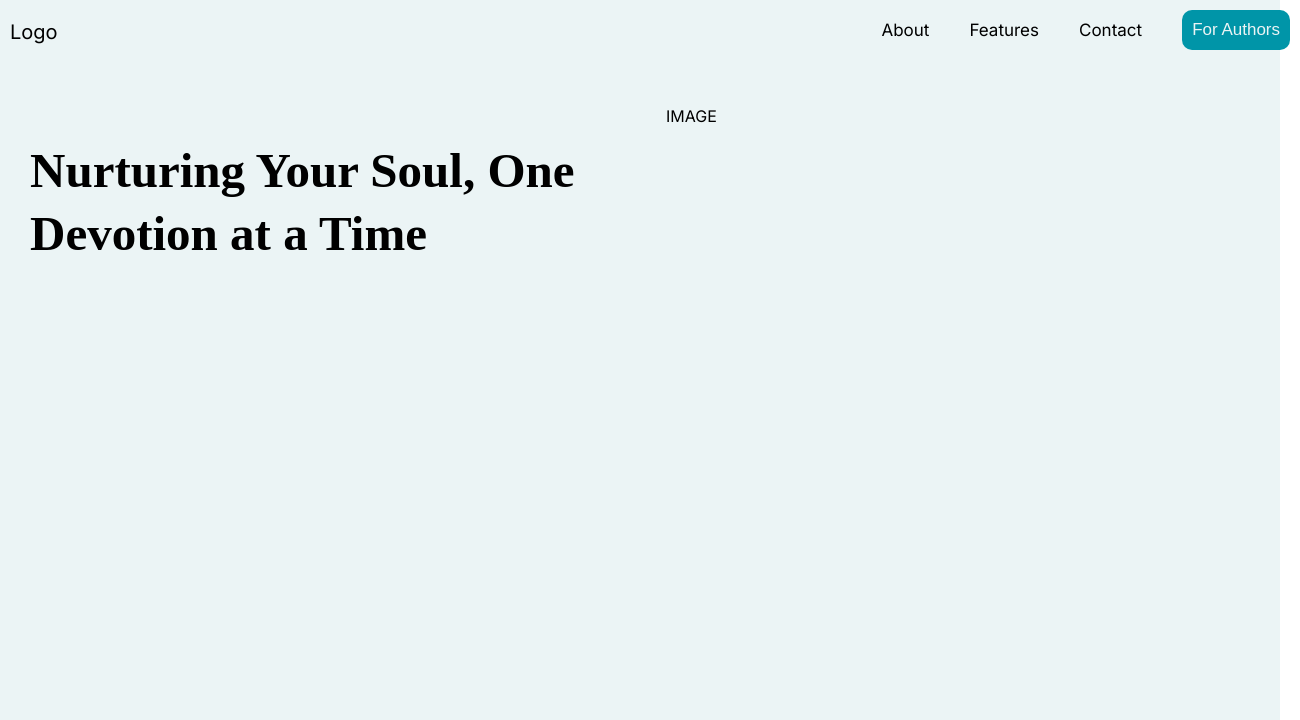
Repository: argorn-inc/spiral-landing-page
Page: /
These files come from the project's save history. The page is drawn as it stood at one moment and after the next save; the edit follows.
The browser window is 1280 px wide. The page is 1300 px wide, so the pictures cover 1300 px, including what lies to the right of the window. The pictures show the whole page.
The project was rebuilt for these pictures with package versions that can differ from the ones it lists, and the page was loaded fresh each time. The framework's server and built-in components were replaced by stand-ins that run in the browser. Also part of the build but not shown: next.config.js.

Above is the page before, as saved 2023-10-05 14:23:06.

### app/layout.js
import './globals.css'
import { Inter } from 'next/font/google'

const inter = Inter({ subsets: ['latin'] })

export const metadata = {
  title: 'Spiral',
  description: 'Generated by create next app',
}

export default function RootLayout({ children }) {
  return (
    <html lang="en">
      <body className={inter.className}>{children}</body>
    </html>
  )
}

### app/page.js
import Image from 'next/image'
import styles from '../styles/Home.module.css'
import Navbar from '@/components/Navbar'
import HeroSection from '@/components/HeroSection'

export default function Home() {
  return (
    <main className={styles.main}>
      <Navbar />
      <HeroSection />
    </main>
  )
}

### styles/Home.module.css
.main {
    display: flex;
    flex-direction: column;
    height: 100vh;
    width: 100%;
    background: #EBF4F5;

}

### components/Navbar.jsx
import React from 'react';
import styles from "../styles/Navbar.module.css";

const Navbar = () => {
    return (
        <div className={styles.navbar}>
            <p className={styles.logo}>Logo</p>
            <div className={styles.navbar__right}>
                <p>About</p>
                <p>Features</p>
                <p>Contact</p>
                <button type='button' aria-label='for authors'>For Authors</button>
            </div>
        </div>
    )
}

export default Navbar

### components/HeroSection.jsx
import React from 'react';
import styles from "../styles/HeroSection.module.css";

const HeroSection = () => {
    return (
        <div className={styles.heroSection}>
            <div className={styles.heroSec__left}>
                <p className={styles.heroSec__leftLargeTxt}>
                    Nurturing Your Soul, One Devotion at a Time
                </p>
                <span>

                </span>
            </div>
            <div className={styles.heroSec__right}>
                <p>IMAGE</p>
            </div>
        </div>
    )
}

export default HeroSection

### styles/Navbar.module.css
.navbar {
    display: flex;
    flex-direction: row;
    width: 100%;
    height: 60px;
    justify-content: center;
    padding: 0 10px;
}

.logo {
    flex: 1;
    font-size: 20px;
}

.navbar__right {
    display: flex;
    align-items: center;
    justify-content: center;
    gap: 40px;
}

.navbar__right p {
    font-size: 17px;
}

.navbar__right button {
    background: #0095A8;
    border: none;
    padding: 10px;
    font-size: 17px;
    border-radius: 10px;
    color: #EBF4F5;

}

### styles/HeroSection.module.css
.heroSection {
    display: flex;
}

.heroSection div {
    width: 50%;
    padding: 30px;
    width: 576px;
    height: 126px;
    top: 213px;
    left: 137px;

}

.heroSec__leftLargeTxt {
    font-family: Nunito;
    font-size: 49px;
    font-weight: 700;
    line-height: 63px;
    letter-spacing: 0em;
    text-align: left;

}

Loaded but not shown: app/globals.css (common file)

After the next save:
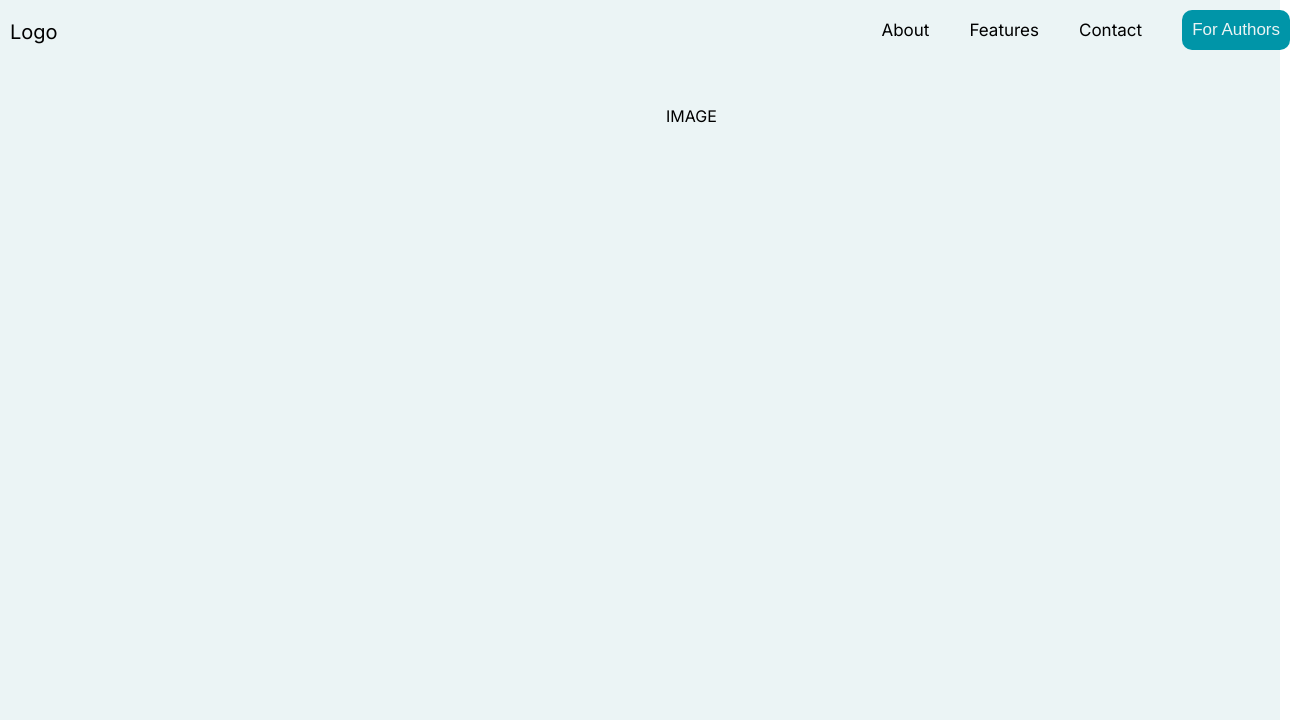
Saved 5 s later.
--- a/components/HeroSection.jsx
+++ b/components/HeroSection.jsx
@@ -6,7 +6,7 @@
         <div className={styles.heroSection}>
             <div className={styles.heroSec__left}>
                 <p className={styles.heroSec__leftLargeTxt}>
-                    Nurturing Your Soul, One Devotion at a Time
+
                 </p>
                 <span>
 
